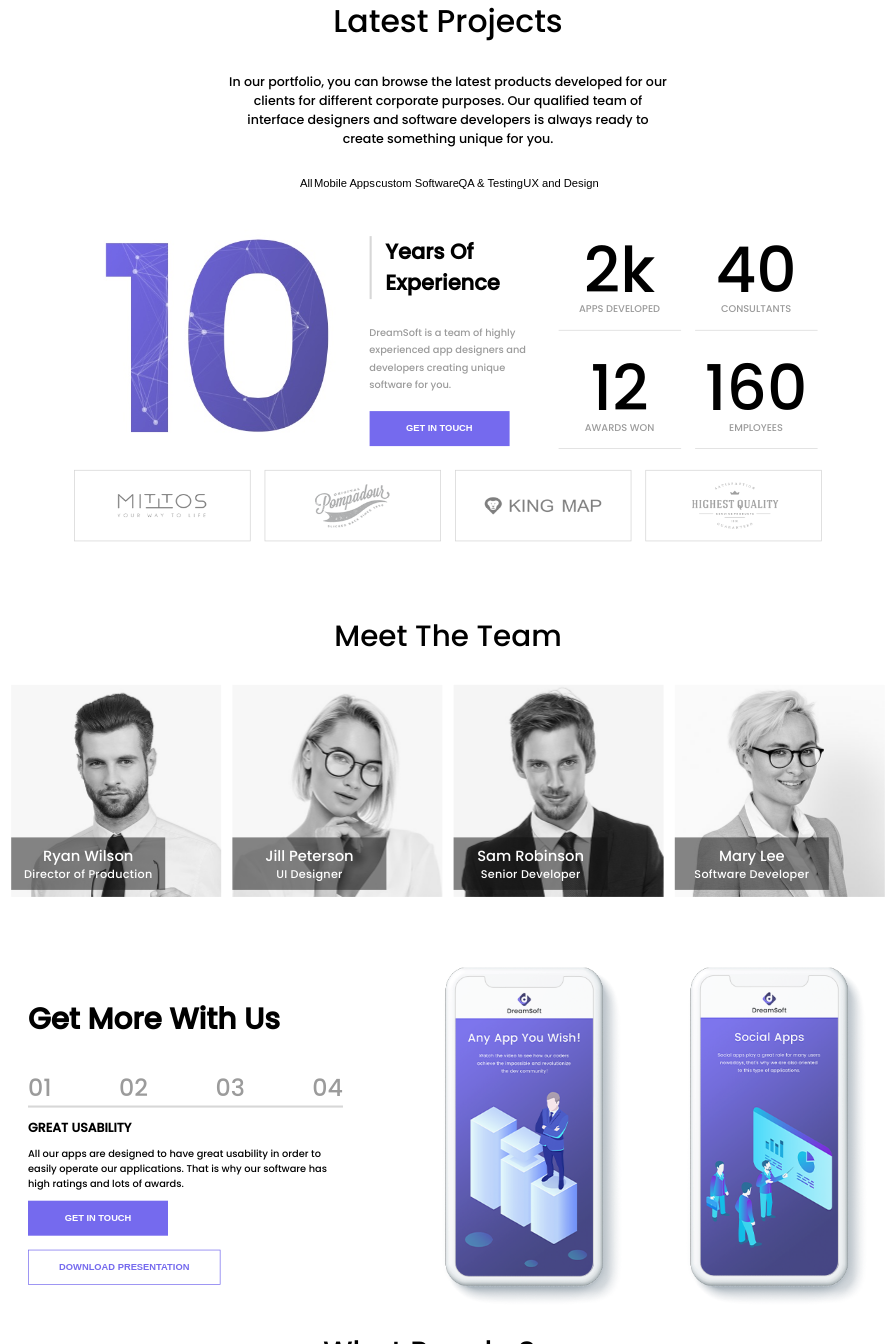
Repository: kkyler24/ladders-bootcamp-awesome
Page: index.html
The author's editor kept a copy of each file at every save. The page is drawn from the files as they stood at one save, then again after the next save.
The browser window is 1280 px wide. The pictures show the part of the page from y = 1435 to 3355 px (the page is 6142 px tall before and 6146 px after), at 70% of full size.

Above is the page before, as saved 2021-03-20 10:21:43.

### index.html
<!DOCTYPE html>
<html lang="en">
  <head>
    <meta charset="UTF-8" />
    <meta name="viewport" content="width=device-width, initial-scale=1.0" />
    <link rel="stylesheet" href="style.css" />
    <link rel="stylesheet" href="kstyle.css" />
    <link rel="preconnect" href="https://fonts.gstatic.com">
    <link href="https://fonts.googleapis.com/css2?family=Poppins:wght@500&display=swap" rel="stylesheet">
    <title>Demo</title>
  </head>
  <body>
    <header></header>
    <nav class="container-nav">
      <a class="logopic">
        <img src="./img/jumbotron/logo-default-191x52.png" alt="MCLA LOGO"   height="63.99" width="220">
      </a>
      <div class="nav-link">
      <ul>
        <li class=" list-inline">
          <a href="./index.html">Home</a>
        </li>
        <li class="nav-item active list-inline">
          <a href="./index.html">About Us</a>
        </li>
        <li class="nav-item active list-inline">
          <a href="./index.html">Gallery</a>
        </li>
        <li class="nav-item active list-inline">
          <a href="./index.html">Pricing</a>
        </li>
        <li class="nav-item active list-inline">
          <a href="./index.html">Blog</a>
        </li>
      </ul>
    </div>
      <!-- <button></button> -->

    </nav>
    <!-- jumbotron 3 slides -->
    <div id="jumbotron" class="carousel">
      <!-- <ul class ="carousel-indicators">
          <li data-target="#carouselExampleCaptions" data-slide-to="0" class="active"></li>
          <li data-target="#carouselExampleCaptions" data-slide-to="1"></li>
          <li data-target="#carouselExampleCaptions" data-slide-to="2"></li>
          <li data-target="#carouselExampleCaptions" data-slide-to="3"></li>
      </ul> -->
      <div class="container-jumbo">
          <div class="carousel-item">
              <img id="jumboimgOne"src="./img/jumbotron/jess-bailey-q10VITrVYUM-unsplash.jpg"  alt="..." />
              <div class="jumboheadline">
                <h2 class="jumbotext">Mobile App Development</h2><br>
                  <div id="indext">
                    <p class="jumboPara"> Since our establishment, we have delivering high-quality and sutainable <br> software solutions for corporate purpose of worldwide business.</p>
                  </div>

              </div>
          </div>
          <!-- <div class="carousel-item">
              <img src="Assets/diversity2gether.jpg" class="d-block w-100" alt="..." />
              <div class="carousel-caption d-none d-md-block">
                  <h5>We Celebrate diversity</h5>
              </div>
          </div>
          <div class="carousel-item">
              <img src="Assets/womensrights.jpg" class="d-block w-100" alt="..." />
              <div class="carousel-caption d-none d-md-block">
                  <h5> We charise our choices</h5>
              </div>
          </div>
          <div class="carousel-item">
              <img src="Assets/climate.jpg" class="d-block w-100" alt="..." />
              <div class="carousel-caption d-none d-md-block">
                  <h5> We protect whats ours</h5>
              </div> -->
          </div>
      </div>
  </div>
  <!-- <a class="carousel-control-prev" href="#carouselExampleCaptions" role="button" data-slide="prev">
      <span class="carousel-control-prev-icon" aria-hidden="true"></span>
      <span class="sr-only">Previous</span>
  </a>
  <a class="carousel-control-next" href="#carouselExampleCaptions" role="button" data-slide="next">
      <span class="carousel-control-next-icon" aria-hidden="true"></span>
      <span class="sr-only">Next</span>
  </a> -->
</div>

    </section>

    <section class="all-service-section">
      <!-- see all services -->
          <div class="all-services-img">
            <img src="https://ld-wt73.template-help.com/wt_prod-18959/images/index-1-415x592.jpg" alt="" width="415" height="592">
          </div>

          <div class="all-services-container">

              <div class="corporate-solutions-block">
                <h3 class="all-services-h3">See All Services</h3>
                <button class="all-services-button">All Services</button>
              </div>
              <div class="corporate-solutions-block">
                <img src="./img/icon-phone.PNG" alt="">
                <h4 class="services-title-h4">CORPORATE SOLUTIONS</h4>
                <p class="corporate-solutions-text">Need specific software for your company? We are ready to develop it!</p>
              </div>
              <div class="corporate-solutions-block">
                <img src="./img/icon-headset.PNG" alt="">
                <h4 class="services-title-h4">CALL CENTER SOLUTIONS</h4>
                <p class="corporate-solutions-text">Our experts provide custom products of any complexity for call centers.</p>
              </div>
              <div class="corporate-solutions-block">
                <img src="./img/icon-cloud-box.PNG" alt="">
                <h4 class="services-title-h4">CLOUD DEVELOPMENT</h4>
                <p class="corporate-solutions-text">We can also offer you reliable cloud development solutions.</p>
              </div>

          </div>
    </section>

    <section id="sectThree">
      <!-- latest Projects -->
      <div class="latestPro">
        <h1 id="latestPro"> Latest Projects</h1>
        <p id="latestPara">In our portfolio, you can browse the latest products developed for our clients for different corporate purposes. Our qualified team of interface designers and software developers is always ready to create something unique for you.</p>
        <div id="latestRow">
         <div class="latestButtons"><button>All</button></div>
         <div class="latestButtons"><button>Mobile Apps</button></div>
         <div class="latestButtons"><button>custom Software</button></div>
         <div class="latestButtons"><button>QA & Testing</button></div>
         <div class="latestButtons"><button>UX and Design</button></div>
        </div>

      </div>
    </section>

    <section class="achievements-section">
      <!-- achievements -->
      <figure>
      <img src="./img/10.jpg" alt="Animated number ten" height="300" />
      </figure>
      <div class="years-of-experience-container">
        <h1>Years Of Experience</h1>
        <p>
          DreamSoft is a team of highly experienced app designers and developers
          creating unique software for you.
        </p>
        <button class="get-in-touch-button">Get in touch</button>
      </div>
      <div class="achievements-numbers-container">
        <div class="achievements-numbers-block">
          <h2>2k</h2>
          <p>APPS DEVELOPED</p>
        </div>
        <div class="achievements-numbers-block">
          <h2>40</h2>
          <p>CONSULTANTS</p>
        </div>
        <div class="achievements-numbers-block">
          <h2>12</h2>
          <p>AWARDS WON</p>
        </div>
        <div class="achievements-numbers-block">
          <h2>160</h2>
          <p>EMPLOYEES</p>
        </div>
      </div>
      <div class="logo-links-container">
        <figure>
          <img src="./img/clients-9-270x117.png" alt="Mittos Logo" >
        </figure>
        <figure>
          <img src="./img/clients-10-270x117.png" alt="Pompadour Logo" >
        </figure>
        <figure>
          <img src="./img/clients-3-270x117.png" alt="King Map Logo" >
        </figure>
        <figure>
          <img src="./img/clients-11-270x117.png" alt="Highest Quality Logo" >
        </figure>
      </div>
    </section>

    <section class="meet-the-team-section">
      <!-- meet the team -->
      <h2 class="meet-the-team-h2">Meet The Team</h2>

      <div class="meet-the-team-main-container">

          <div class="meet-team-block">
            <img src="./img/ryan-wilson.jpg" alt="">

            <div class="meet-team-text-block">
              <h4 class="meet-the-team-h4">Ryan Wilson</h4>
              <p class="meet-the-team-p">Director of Production</p>
            </div>
          </div>
          <div class="meet-team-block">
            <img src="./img/jill-peterson.jpg" alt="">

            <div class='meet-team-text-block'>
              <h4 class="meet-the-team-h4">Jill Peterson</h4>
              <p class="meet-the-team-p">UI Designer</p>
            </div>
          </div>
          <div class="meet-team-block">
            <img src="./img/sam-robinson.jpg" alt="">

            <div class='meet-team-text-block'>
              <h4 class="meet-the-team-h4">Sam Robinson</h4>
              <p class="meet-the-team-p">Senior Developer</p>
            </div>
          </div>
          <div class="meet-team-block">
            <img src="./img/mary-lee.jpg" alt="">

            <div class='meet-team-text-block'>
              <h4 class="meet-the-team-h4">Mary Lee</h4>
              <p class="meet-the-team-p">Software Developer</p>
            </div>
          </div>

      </div>
    </section>

    <section class="get-more-with-us-section">
      <!-- Get more with us -->
      <section class="get-more-with-us">
        <h1>Get More With Us</h1>
        <div class="numbers">
          <p>01</p>
          <p>02</p>
          <p>03</p>
          <p>04</p>
        </div>
        <h2>GREAT USABILITY</h2>
        <p class="get-more-about-project">
          All our apps are designed to have great usability in
          order to easily operate our applications.
          That is why our software has high ratings and lots of awards.
        </p>
        <button class="get-in-touch-button">Get in touch</button>
        <button class="download-presentation-button">Download presentation</button>
      </section>
      <img src="img/index-4-261x484.png" alt="Screen with Any App You Wish">
      <img src="img/index-5-261x484.png" alt="Screen with Socia Apps">
    </section>

    <section class="what-people-say-section">
      <!-- What People Say -->
      <h2 class="what-people-say-h2">What People Say</h2>

      <div class="what-people-say-main-container">

        <div class="client-container">
          <img src="./img/catherine-wilson.jpg" alt="">
          <div class="client-title">
            <h4 class="client-name-h4">Catherine Williams</h4>
            <p>Regular client</p>
          </div>
          <div class="client-body">
            <p class="client-body-p">DreamSoft offers a high caliber of resources skilled
            in Microsoft Azure .NET, mobile and Quality Assurance. They
            became our true business partners over the past three years.</p>
          </div>
        </div>
        <div class="client-container">
          <img src="./img/rupert-woods.jpg" alt="">
          <div class="client-title">
            <h4 class="client-name-h4">Rupert Wood</h4>
            <p>Regular client</p>
          </div>
          <div class="client-body">
            <p class="client-body-p">DreamSoft powered us with a competent team to develop
            products for banking services. The team has been delivering
            results within budget and time, which is amazing.</p>
          </div>
        </div>
        <div class="client-container">
          <img src="./img/samantha-brown.jpg" alt="">
          <div class="client-title">
            <h4 class="client-name-h4">Samantha Brown</h4>
            <p>Regular client</p>
          </div>
          <div class="client-body">
            <p class="client-body-p">DreamSoft is a highly skilled and uniquely capable
            firm with multitudes of talent on-board. We have
            results within budget and time, which is amazing.
            collaborated on a number of diverse projects that
            have been a great success.</p>
          </div>
        </div>

      </div>

    </section>

    <section class="latest-blog-posts-section">
      <h2 class="what-people-say-h2">Latest Blog Posts</h2>
      <div class="posts-container">
        <div class="post-block">
          <figure>
          <img class="post-cover" src="img/post-10-370x307.jpg">
          <img class="post-date-label" src="img/label.svg">
          <p class="post-label-date">07/04</p>
          </figure>
          <h4 class="block-post-h4">Benefits Of Async/Await</h4>
            <p class="blog-post-p">
            Asynchronous functions are a good and bad thing in JavaScript.
            The good side is that asynchronous functions are non-blocking and…
            </p>
        </div>
        <div class="post-block">
          <figure>
          <img class="post-cover" src="img/post-11-370x307.jpg">
          <img class="post-date-label" src="img/label.svg">
          <p class="post-label-date">07/17</p>
          </figure>
          <h4 class="block-post-h4">Key Considerations Of IPaaS</h4>
            <p class="blog-post-p">
              Digital transformation requires cloud appropriate adoption,
              legacy IT systems modernization, and Agile-based methodologies for faster…
            </p>
        </div>
        <div class="post-block">
          <figure>
          <img class="post-cover" src="img/post-12-370x307.jpg">
          <img class="post-date-label" src="img/label.svg">
          <p class="post-label-date">07/22</p>
          </figure>
          <h4 class="block-post-h4">Hibernate Query Language</h4>
            <p class="blog-post-p">
              In this tutorial, we will discuss the
              Hibernate Query Language. HQL is an object-oriented query language.
              Hibernate Query...
            </p>
        </div>
      </div>
    </section>

    <footer>
      <!-- contacts and info -->
      <section class="footer-contacts">
        <img src="img/logo-inverse-191x52.png" alt="DreamSoft Logo">
        <p class="about-company">
          Our company has been developing high-quality and reliable software
          for corporate needs since 2008. We are renowned professionals of
          software development.</p>
        <div class="address-block-container">
          <div class="one-contact-block">
            <h2>ADDRESS</h2>
            <p>4730 Crystal Springs Dr, Los Angeles, CA 90027</p>
          </div>
          <div class="one-contact-block">
            <h2>PHONES</h2>
            <p>
              <span class="changing-color">+1 323-913-4688</span>
              <span>,</span>
              <span class="changing-color">+1 323-888-4554</span>
            </p>
          </div>
          <div class="one-contact-block">
            <h2>E-MAILS</h2>
            <p>
              <span>info@demolink.org</span>
              <span>,</span>
              <span>mail@demolink.org</span>
            </p>
          </div>
          <div class="social-media-links-container">
            <img src="img/iconfinder_Circled_Facebook.svg" alt="Facebook Icon">
            <img src="img/iconfinder_Circled_Instagram.svg" alt="Facebook Icon">
            <img src="img/iconfinder_Circled_Linkedin.svg" alt="Facebook Icon">
            <img src="img/iconfinder_Circled_Twitter.svg" alt="Facebook Icon">
          </div>
        </div>
      </section>
      <form class="contact-form">
        <h1>Questions? Contact Us</h1>
        <input class="input-field-1" type="text" id="name" name="name" placeholder="Name"><br>
        <input class="input-field-1" type="text" id="email" name="email" placeholder="Email"><br>
        <input class="input-field-2" type="text" id="message" name="message" placeholder="Message"><br>
        <button class="send-message-button">Send message</button>
      </form>
      <section class="what-we-offer">
        <h1>What We Offer</h1>
        <div class="what-we-offer-container">
            <figure class="what-we-offer-item">
              <p>DB Management</p>
              <figure class="triangle"></figure>
            </figure>
            <figure class="what-we-offer-item">
              <p>IOS/MacOS</p>
              <figure class="triangle"></figure>
            </figure>
            <figure class="what-we-offer-item">
              <p>Android Apps</p>
              <figure class="triangle"></figure>
            </figure>
            <figure class="what-we-offer-item">
              <p>Windows Apps</p>
              <figure class="triangle"></figure>
            </figure>
            <figure class="what-we-offer-item">
              <p>UX/UI Apps</p>
              <figure class="triangle"></figure>
          </figure>
        </div>
        </section>
      </footer>
  </body>
</html>

### kstyle.css
html, body{
  overflow-x: hidden;


}

/* Navbar git  */
.container-nav {
  display: flex;
}

.list-inline {
  display: inline;
  list-style-type: none;
  padding-right: 10px;
  font-family: Georgia, "Times New Roman", Times, serif;
}

a.logopic {
  flex-flow: row;
  flex-grow: 3;
}

ul.li.a {
  font-family: "Poppins", sans-serif;
  font-weight: 500;
  color: black;
}

/* Jumbotron */
.jumboPara {
  text-align: center;
}

.jumbotron .container-jumbo {
  max-width: 100%;
  background-color: #222;
}

#jumbotron {
  padding: 30px 0px 30px 0px;
  max-width: 100%;
  text-align: center;
  background-color: transparent;
  overflow: hidden;
  font-family: "Raleway", Helvetica, Arial, sans-serif;
}

.container-jumbo {
  display: flex;
  width: 100%;
  margin: 0 auto;
  height: 561px;
}

.jumbotext {
  color: rgb(2, 2, 2);
  font-weight: 600;
  text-transform: uppercase;
  font-size: 60px;
}

.jumboheadline {
  display: flex;
  flex-direction: column;
  height: 506px;
  justify-content: flex-end;
}

#jumboimgOne {
  z-index: 0;
  position: absolute;
  display: flex;
  /* flex-grow: 1; */
  width: 100%;
  overflow-x: hidden;
}

.carousel-item {
  width: 100%;
}

.carousel-item,
.jumbotext,
#indext {
  position: relative;
  z-index: 2;
}

/* latest Section */

#sectThree{
  display: flex;
  font-family: "Poppins", sans-serif;
  text-align: center;
}

#latestPara{
 font-size: 18px;
 margin: auto 25% auto 25%;
}

#latestPro{
  font-size: 45px;
  font-weight: lighter;
}

#latestRow{
display: flex;
justify-content: center;
margin-top: 3%;
margin-bottom: 3%;


}
#latestRow button{
  padding: 3%;
 font-size: 16px;
 background-color: transparent;
 border-left-width: 2px;
 border-color: lightslategray;
 border: none ;
 width: max-content;

}

Loaded but not shown: style.css (628 lines, source omitted)

After the next save:
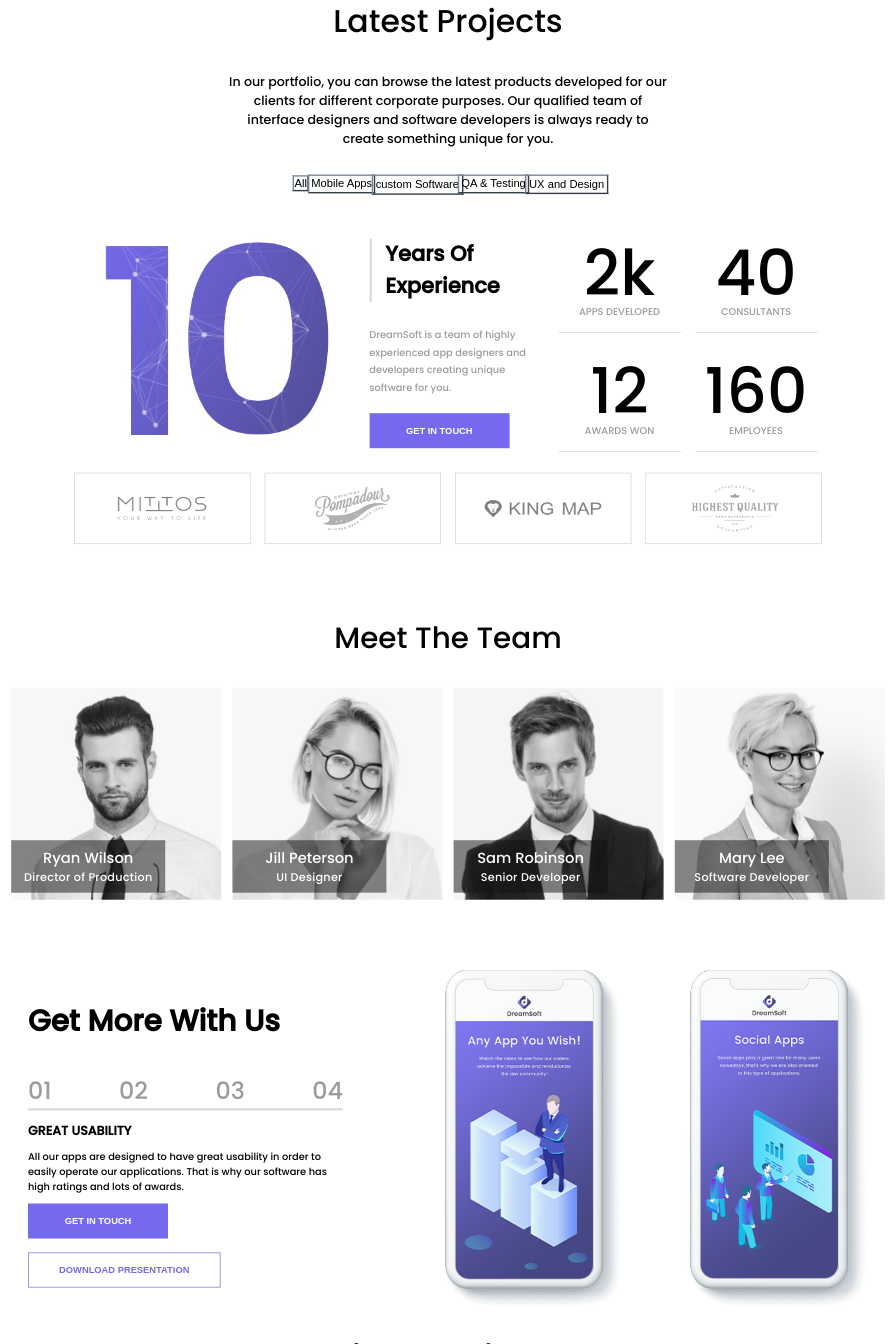
Saved 28 s later.
--- a/kstyle.css
+++ b/kstyle.css
@@ -119,7 +119,7 @@
  background-color: transparent;
  border-left-width: 2px;
  border-color: lightslategray;
- border: none ;
+ border: none 2px none 2px ;
  width: max-content;
 
 }

After the save that followed:
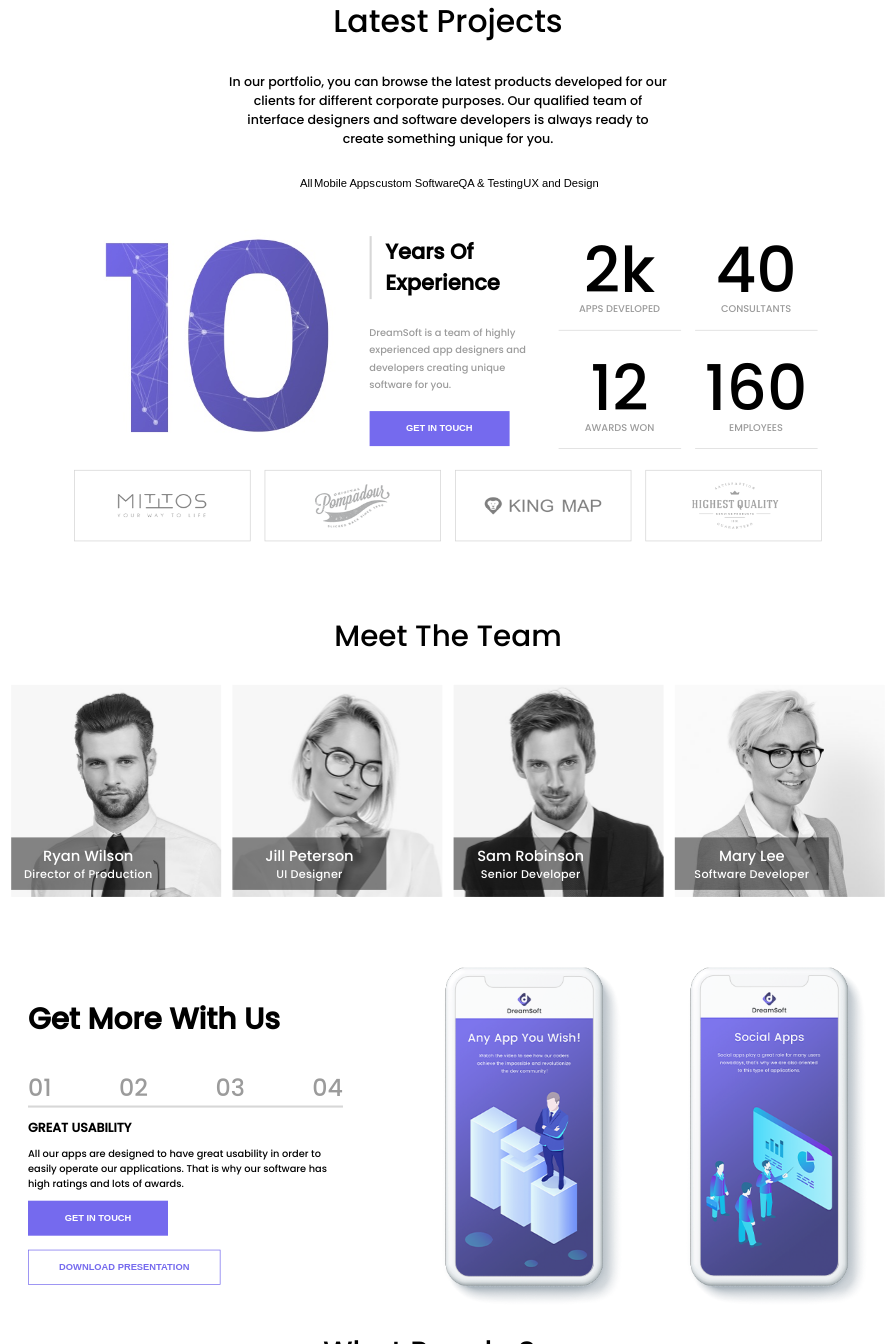
Saved 13 s later.
--- a/kstyle.css
+++ b/kstyle.css
@@ -119,7 +119,7 @@
  background-color: transparent;
  border-left-width: 2px;
  border-color: lightslategray;
- border: none 2px none 2px ;
+ border: none  ;
  width: max-content;
 
 }
